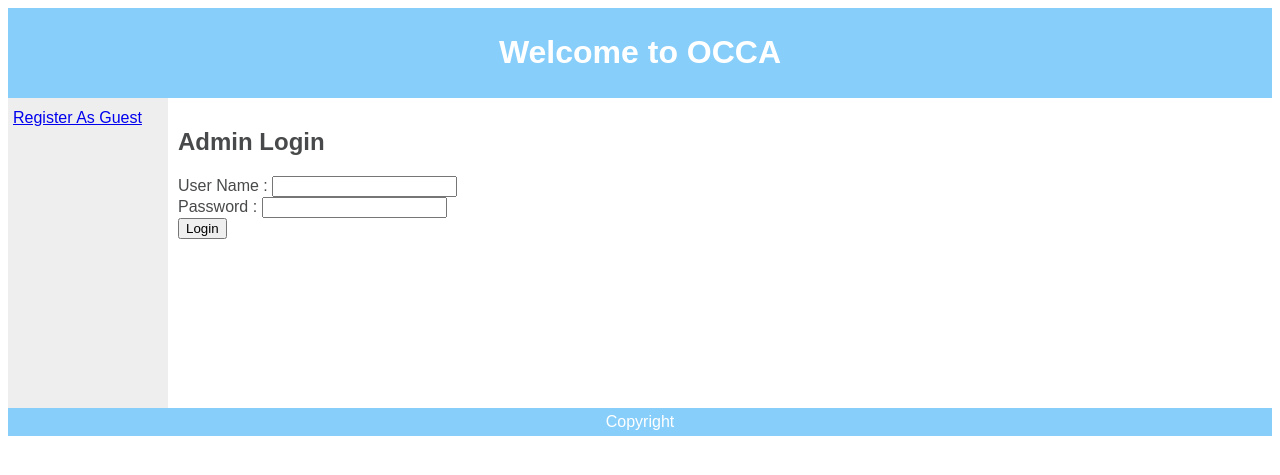
Repository: dreamxia329/TechExercise4830
Page: T3-0325-xia/T3-webProject-Xia/WebContent/login.html
The author's editor kept a copy of each file at every save. The page is drawn from the files as they stood at one save, then again after the next save.
The browser window is 1280 px wide. The pictures show the whole page.

Above is the page before, as saved 2022-03-31 16:54:02.

### T3-0325-xia/T3-webProject-Xia/WebContent/login.html
<html>
<head>
<style>

body {
  font-family: 'Poppins', sans-serif;
  color: #48494a;
}

header {
	background-color: #87CEFA;
	color: white;
	text-align: center;
	padding: 5px;
}

nav {
	line-height: 30px;
	background-color: #eeeeee;
	height: 300px;
	width: 150px;
	float: left;
	padding: 5px;
}

section {
	width: 350px;
	float: left;
	padding: 10px;
}

footer {
	background-color: #87CEFA;
	color: white;
	clear: both;
	text-align: center;
	padding: 5px;
}
</style>
</head>

<body>
	<header>
		<h1>Welcome to OCCA</h1>
	</header>

	<nav>
		<a href="/T3-webProject-Xia/register.html">Register As Guest</a> <br>
	</nav>

	<section>
		<h1>Admin Login</h1>

		<form action="UserLoginServlet" method="POST">
			User Name : <input type="text" name="userName"> <br />
			Password  : <input type="password" name="password"> <br />
			<input type="submit" value="Login" />
		</form>

	</section>

	<footer> Copyright </footer>
</body>
</html>

After the next save:
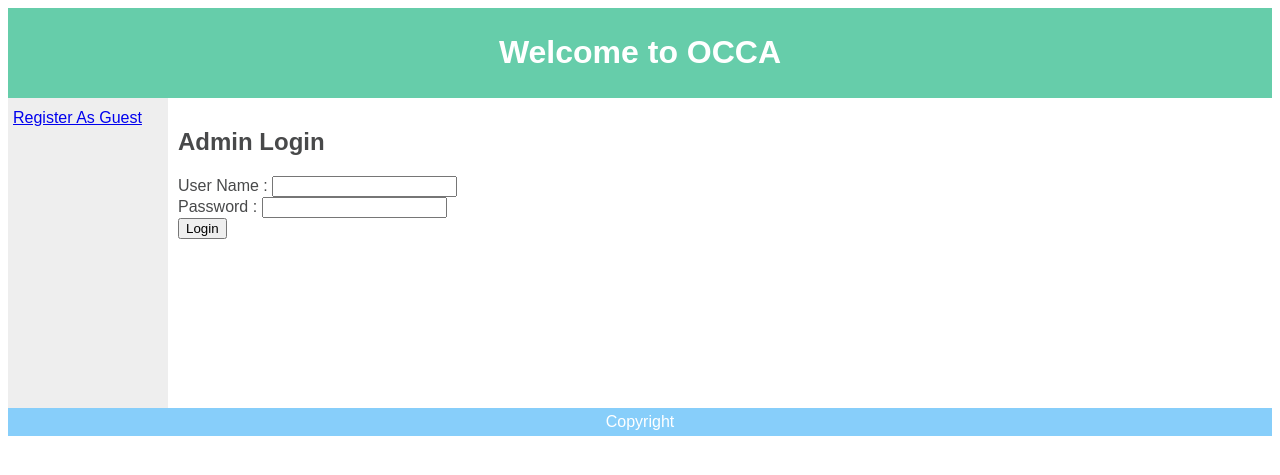
Saved 5 min 4 s later.
--- a/T3-0325-xia/T3-webProject-Xia/WebContent/login.html
+++ b/T3-0325-xia/T3-webProject-Xia/WebContent/login.html
@@ -8,7 +8,7 @@ body {
 }
 
 header {
-	background-color: #87CEFA;
+	background-color: #66CDAA;
 	color: white;
 	text-align: center;
 	padding: 5px;
